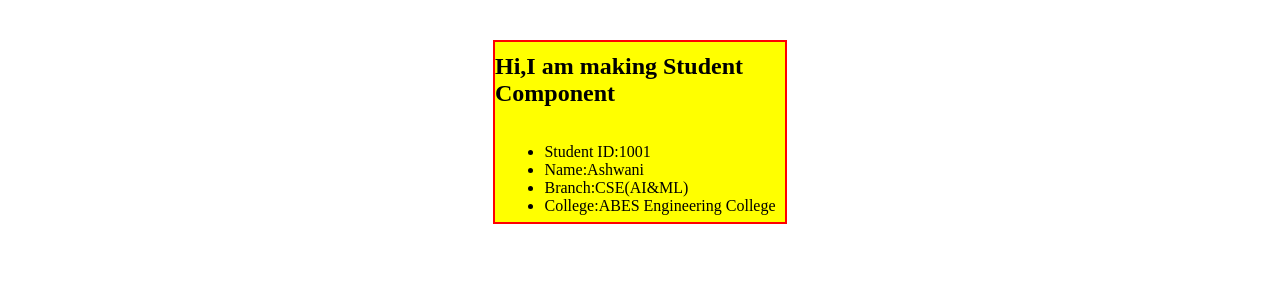
Repository: ashurauza/FSD_Sem5
Page: / (app in FSD_Sem5/CSS/ReactRevisionDOM/)
These files come from the project's save history. The page is drawn as it stood at one moment and after the next save; the edit follows.
The browser window is 1280 px wide. The pictures show the whole page.
The project was rebuilt for these pictures with package versions that can differ from the ones it lists, and the page was loaded fresh each time.

Above is the page before, as saved 2025-10-29 15:33:45.

After the next save:
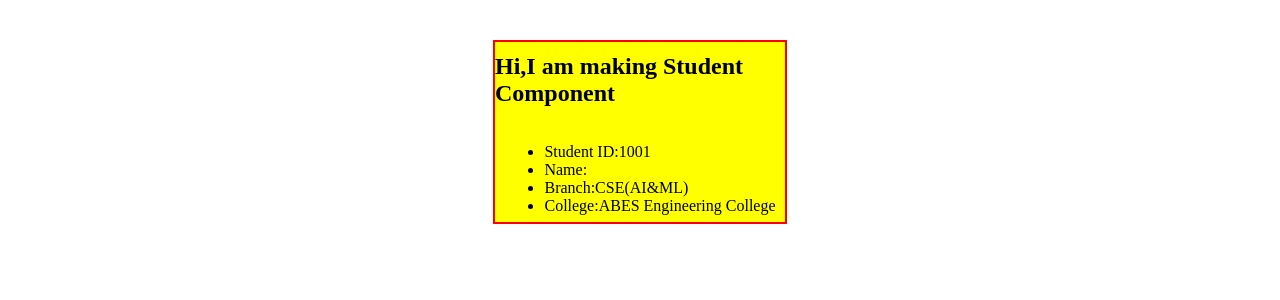
Saved 2 min 17 s later.
--- a/FSD_Sem5/CSS/ReactRevisionDOM/student.jsx
+++ b/FSD_Sem5/CSS/ReactRevisionDOM/student.jsx
@@ -9,7 +9,7 @@
     Hi,I am making Student Component
 </h2>
 const li11=<li>Student ID:1001</li>
-const li22=<li>Name:Ashwani </li>
+const li22=<li>Name: </li>
 const li33=<li>Branch:CSE(AI&ML)</li>
 const li44=<li>College:ABES Engineering College</li>
 const ul1=<ul>{[li11,li22,li33,li44]}</ul>
